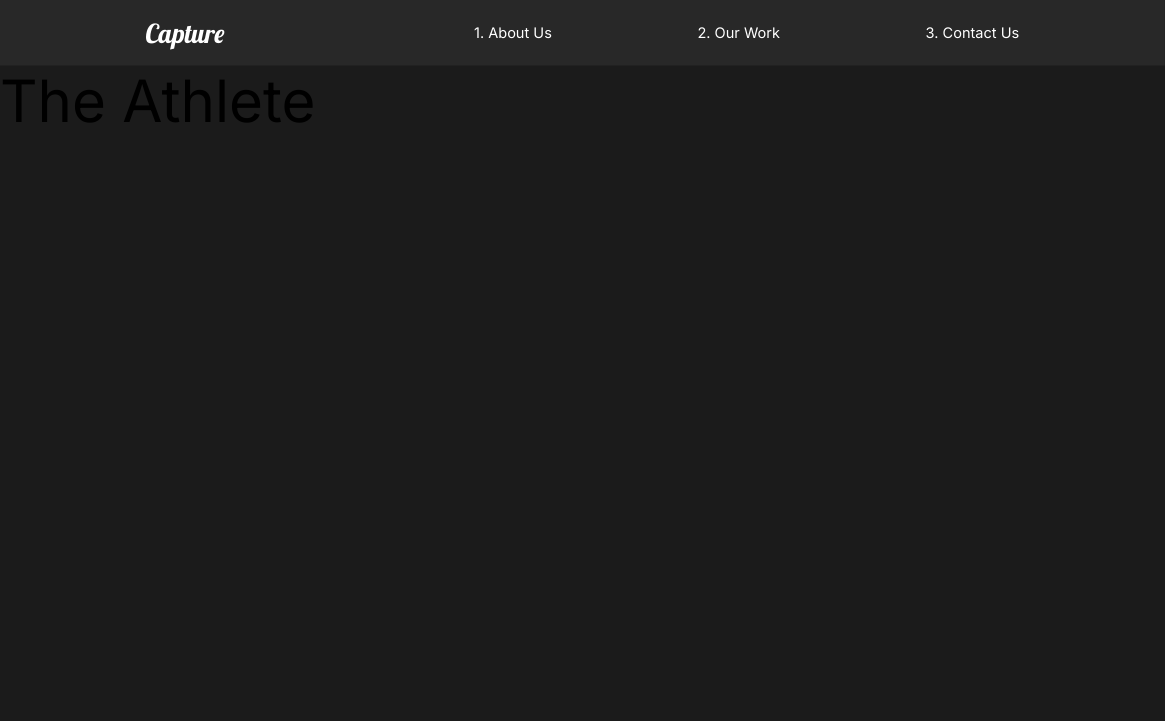
Repository: programmingwithlevi/capture
Page: /OurWork
These files come from the project's save history. The page is drawn as it stood at one moment and after the next save; the edit follows.
The browser window is 1280 px wide. The pictures show the whole page, at 91% of full size.
The project was rebuilt for these pictures with package versions that can differ from the ones it lists, and the page was loaded fresh each time. A package was used in the major version that the imports need, not the one package.json lists. Also part of the build but not shown: src/styles.js, src/components/AboutSection.js, src/components/ServicesSection.js, src/components/FaqSection.js, src/pages/AboutUs.js, src/pages/ContactUs.js.

Above is the page before, as saved 2021-12-04 23:14:17.

### public/index.html
<!DOCTYPE html>
<html lang="en">
  <head>
    <meta charset="utf-8" />
    <link rel="icon" href="%PUBLIC_URL%/favicon.ico" />
    <meta name="viewport" content="width=device-width, initial-scale=1" />
    <meta name="theme-color" content="#000000" />
    <meta
      name="description"
      content="Web site created using create-react-app"
    />
    <link rel="preconnect" href="https://fonts.googleapis.com">
<link rel="preconnect" href="https://fonts.gstatic.com" crossorigin>
<link href="https://fonts.googleapis.com/css2?family=Inter:wght@400;700&family=Lato:wght@400;700&display=swap" rel="stylesheet">
<link rel="preconnect" href="https://fonts.googleapis.com">
<link rel="preconnect" href="https://fonts.gstatic.com" crossorigin>
<link href="https://fonts.googleapis.com/css2?family=Inter:wght@400;700&family=Lato:wght@400;700&family=Lobster&display=swap" rel="stylesheet">
    <link rel="apple-touch-icon" href="%PUBLIC_URL%/logo192.png" />
    <!--
      manifest.json provides metadata used when your web app is installed on a
      user's mobile device or desktop. See https://developers.google.com/web/fundamentals/web-app-manifest/
    -->
    <link rel="manifest" href="%PUBLIC_URL%/manifest.json" />
    <!--
      Notice the use of %PUBLIC_URL% in the tags above.
      It will be replaced with the URL of the `public` folder during the build.
      Only files inside the `public` folder can be referenced from the HTML.

      Unlike "/favicon.ico" or "favicon.ico", "%PUBLIC_URL%/favicon.ico" will
      work correctly both with client-side routing and a non-root public URL.
      Learn how to configure a non-root public URL by running `npm run build`.
    -->
    <title>Capture</title>
  </head>
  <body>
    <noscript>You need to enable JavaScript to run this app.</noscript>
    <div id="root"></div>
    <!--
      This HTML file is a template.
      If you open it directly in the browser, you will see an empty page.

      You can add webfonts, meta tags, or analytics to this file.
      The build step will place the bundled scripts into the <body> tag.

      To begin the development, run `npm start` or `yarn start`.
      To create a production bundle, use `npm run build` or `yarn build`.
    -->
  </body>
</html>

### src/index.js
import React from 'react';
import ReactDOM from 'react-dom';

import App from './App';
import reportWebVitals from './reportWebVitals';
import {BrowserRouter} from 'react-router-dom';

ReactDOM.render(
  <React.StrictMode>
    <BrowserRouter>
    <App />
    </BrowserRouter>
  </React.StrictMode>,
  document.getElementById('root')
);

// If you want to start measuring performance in your app, pass a function
// to log results (for example: reportWebVitals(console.log))
// or send to an analytics endpoint. Learn more: https://bit.ly/CRA-vitals
reportWebVitals();

### src/App.js
import React from "react";
//import pages
import AboutUs from '../src/pages/AboutUs';
import GlobalStyle from "./components/GlobalStyle";
import ContactUs from "./pages/ContactUs";
import OurWork from "./pages/OurWork";
import Nav from "./components/Nav";
import {Routes,Route} from "react-router-dom";

function App() {
  return (
    <div className="App">

        <GlobalStyle />

        <Nav />

        <Routes>
          <Route path="/" element={<AboutUs />} />

          <Route path="/ContactUs" element={<ContactUs />} />

          <Route path="/OurWork" element={<OurWork />} />
        </Routes>

    </div>
  );
}

export default App;

### src/components/GlobalStyle.js
import {createGlobalStyle} from 'styled-components';

const GlobalStyle = createGlobalStyle`
*{
   margin: 0;
   padding: 0;
   box-sizing: border-box
}
body{
    background: #1b1b1b;
    font-family: 'Inter', sans-serif;
}
button{
    font-weight: bold;
    font-size: 1.1.rem;
    padding: 1rem 2rem;
    border: 3px solid #23d997;
    background: transparent;
    color: white;
    transition: all 0.5s ease;
    font-family: 'Inter', sans-serif;
    &:hover{
        background-color:  #23d997;
        color: white;
    }

}
h2{
       font-weight: lighter;
       font-size: 4rem;
    }
    h3{
        color: white;
    }
    h4{
        font-weight: bold;
        color: #23d997;
    }
    a{
        font-size: 1.1.rem;
    }
    span{
        font-weight: bold;
        color: #23d997;
    }
    p{
        padding: 3rem 0rem;
        color: #ccc;
        font-size: 1.4rem;
        line-height: 150%;
    }
`;
export default GlobalStyle;

### src/pages/OurWork.js
import React from "react";
import styled from "styled-components";
import {Link} from 'react-router-dom';
//images
import athlete from "../img/athlete-small.png";
import theracer2 from "../img/the-racer2.jpeg";
import goodtimes from "../img/goodtimes-small.png";
const OurWork = () => {
    return(
        <Work>
            <Movie>
                <h2>The Athlete</h2>
                <div className="line"></div>
                <Link>
                <img src="" alt="" /></Link>
            </Movie>
        </Work>
    )
}

const Work = styled.div`
    min-height: 100vh;
`;
const Movie = styled.div`
    padding-bottom: 10rem;
`;


export default OurWork;

### src/components/Nav.js
import React from 'react';
import styled from 'styled-components';
import {Link} from 'react-router-dom';

const Nav = () => {
    return(
        <StyledNav>
            <h1><Link id="logo" to="/">Capture</Link></h1>
            <ul>
                <li>
                    <Link to="/">1. About Us</Link>
                </li>
                <li>
                    <Link to="/OurWork">2. Our Work</Link>
                </li>
                <li>
                    <Link to="/ContactUs">3. Contact Us</Link>
                </li>
            </ul>
        </StyledNav>
    )
}

const StyledNav = styled.nav`
    min-height: 10vh;
    display: flex;
    margin: auto;
    justify-content: space-between;
    align-items: center;
    padding: 1rem 10rem;
    background: #282828;
    a{
        color: white;
        text-decoration: none;
    }
    ul{
        display: flex;
        list-style: none;
    }
    #logo{
        font-size: 1.8rem;
        font-family: 'Lobster', cursive;
        font-weight: lighter;
    }
    li{
        padding-left: 10rem;
        position: relative;
    }
`;

export default Nav;

Loaded but not shown: src/reportWebVitals.js (common file)

After the next save:
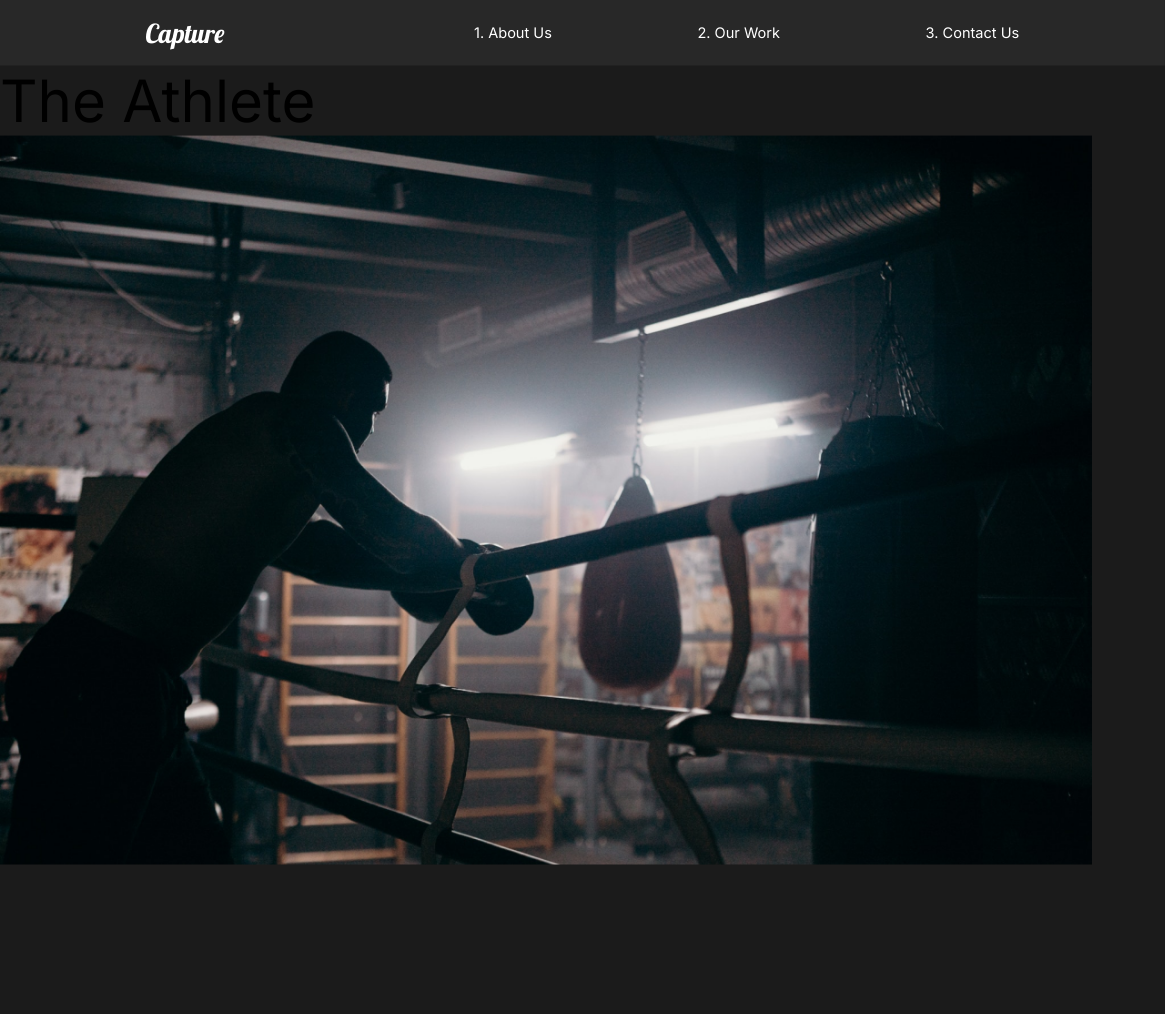
Saved 23 s later.
--- a/src/pages/OurWork.js
+++ b/src/pages/OurWork.js
@@ -12,7 +12,7 @@ const OurWork = () => {
                 <h2>The Athlete</h2>
                 <div className="line"></div>
                 <Link>
-                <img src="" alt="" /></Link>
+                <img src={athlete} alt="" /></Link>
             </Movie>
         </Work>
     )
